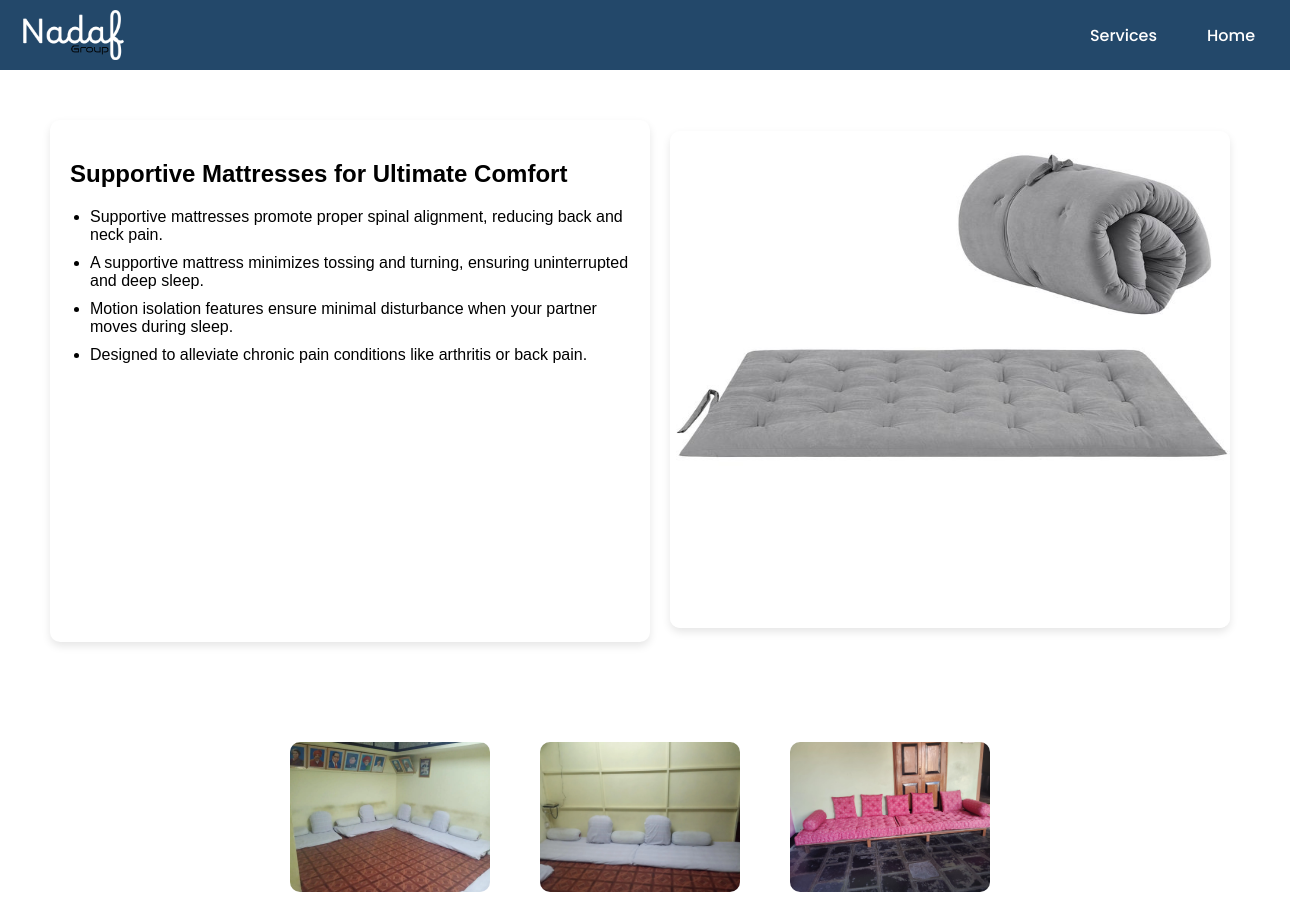
Repository: nadafgroup/rashidgadiUI
Page: src/rent.html
The author's editor kept a copy of each file at every save. The page is drawn from the files as they stood at one save, then again after the next save.
The browser window is 1280 px wide. The page is 1290 px wide, so the pictures cover 1290 px, including what lies to the right of the window. The pictures show the whole page.

Above is the page before, as saved 2025-01-29 15:51:58.
Console error: TypeError: Cannot read properties of null (reading 'addEventListener')

After the next save:
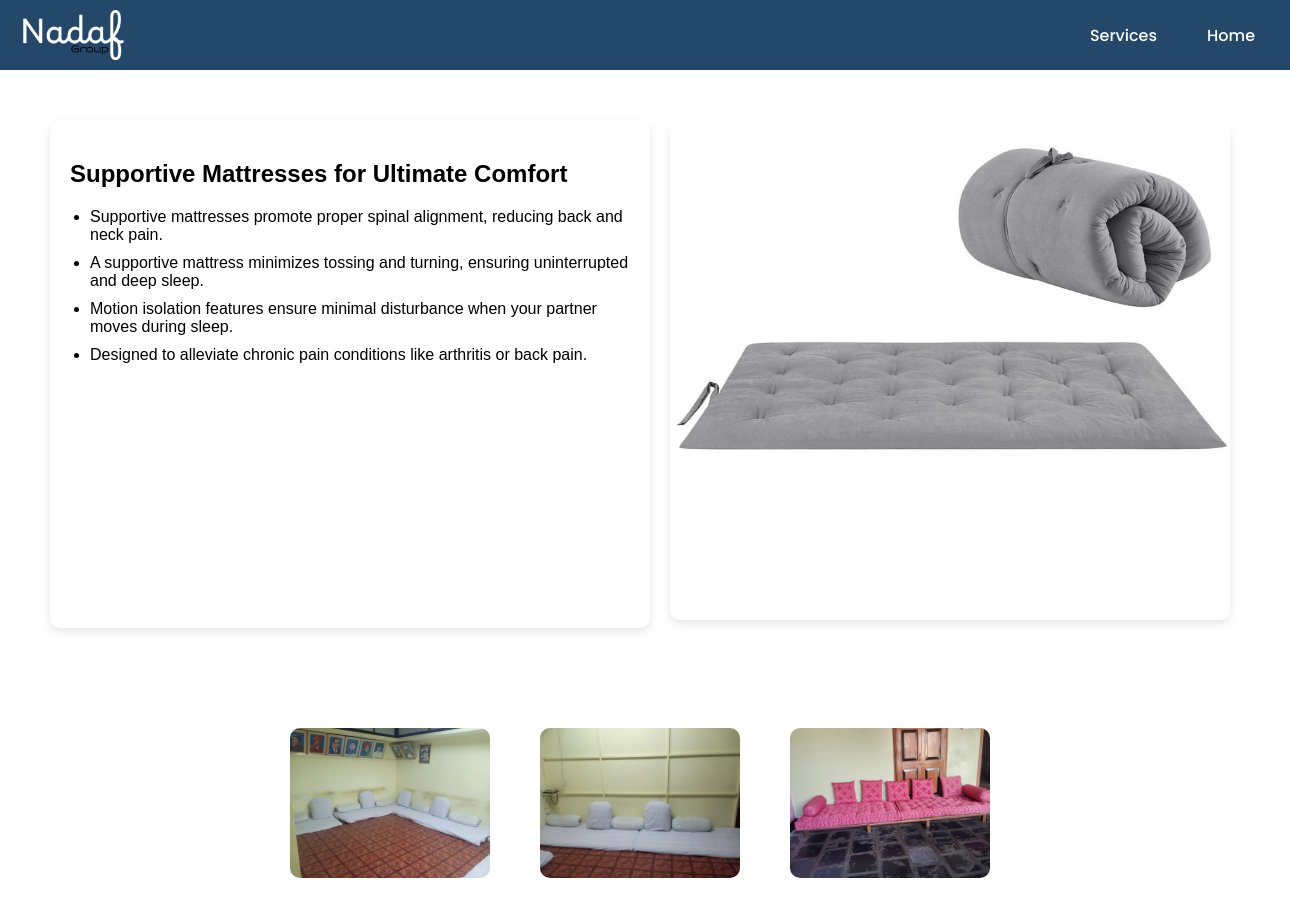
Saved 6 s later.
--- a/src/rent.html
+++ b/src/rent.html
@@ -34,7 +34,7 @@
     </header>
 
     <div class="container">
-        <div class="info" style="height: 67vh;">
+        <div class="info" style="height: 65vh;">
             <h2>Supportive Mattresses for Ultimate Comfort</h2>
             <ul>
                 <li>Supportive mattresses promote proper spinal alignment, reducing back and neck pain.</li>
